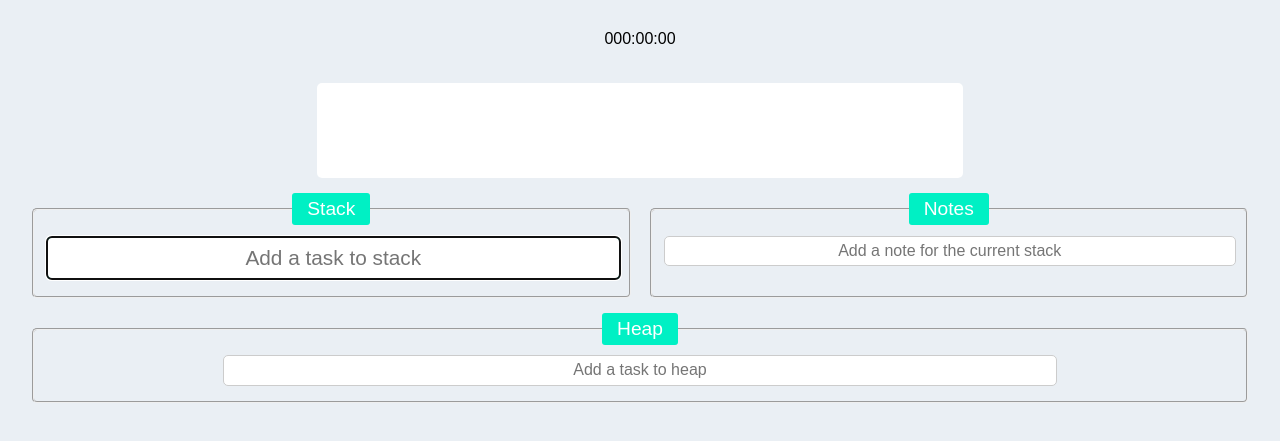
Repository: litalsh/Meeting-Managment-App
Page: /
The author's editor kept a copy of each file at every save. The page is drawn from the files as they stood at one save, then again after the next save.
The browser window is 1280 px wide. The pictures show the whole page.
The project was rebuilt for these pictures with package versions that can differ from the ones it lists, and the page was loaded fresh each time. Also part of the build but not shown: src/components/Task/Task.css, src/components/Task/Task.js, src/components/Notes/Note.js.

Above is the page before, as saved 2021-01-11 17:43:10.

After the next save:
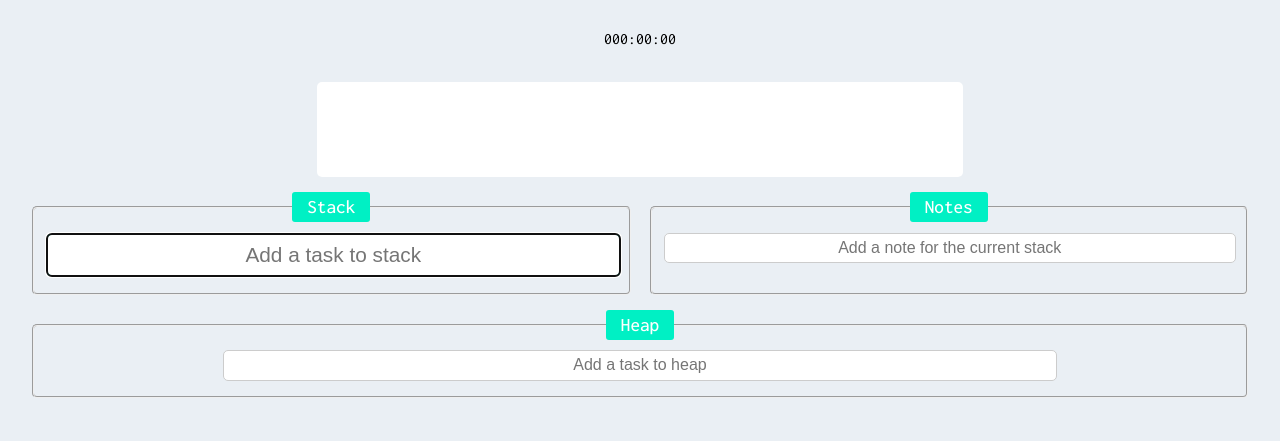
Saved 10 s later.
--- a/src/App.css
+++ b/src/App.css
@@ -2,7 +2,7 @@
 
 
 body{
-  font-family: 'Ubuntu', sans-serif;
+  font-family: 'Inconsolata', monospace;
   background-color:  #eaeff4;
  }
 
